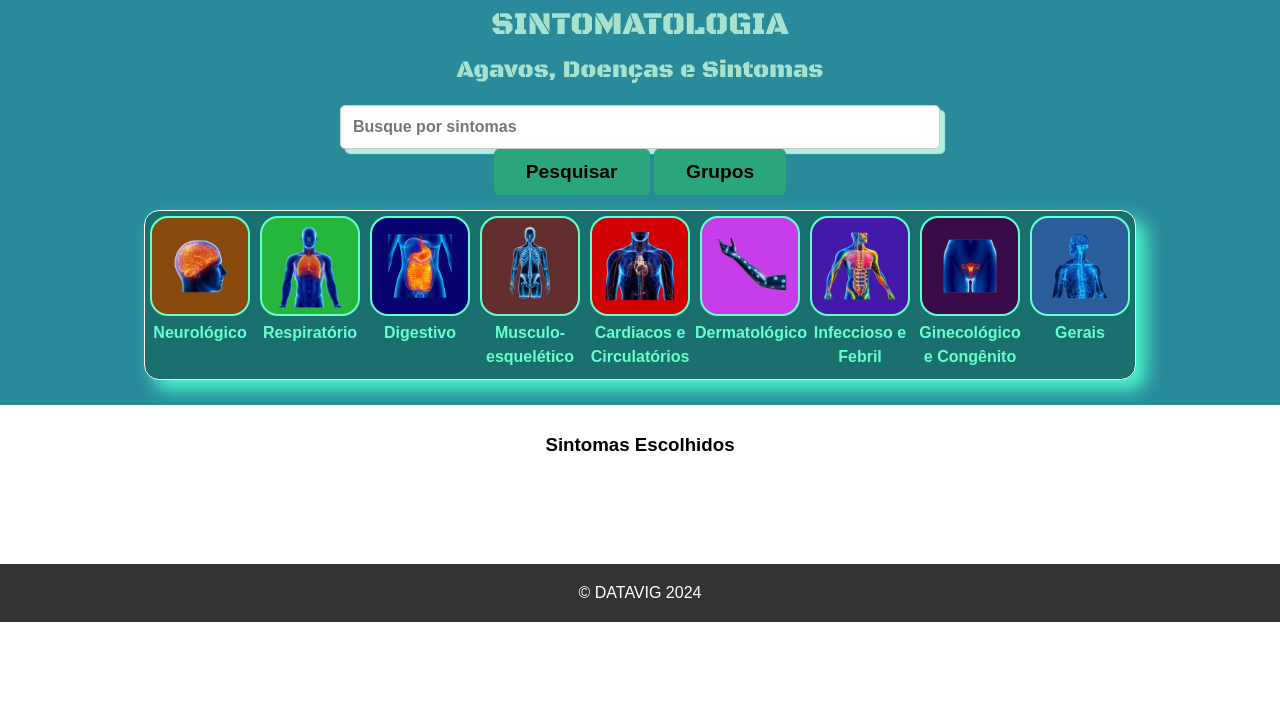
Repository: br-on/vigia
Page: index.html
An editor plug-in stored every save of this project. The page is shown before and after the next save, followed by the edit.
The browser window is 1280 px wide. The pictures show the whole page.
Some web fonts or font styles are not loaded; a fallback is used.

Above is the page before, as saved 2024-09-19 16:40:40.

### index.html
<!DOCTYPE html>
<html lang="pt-br">
<head>
  <meta charset="UTF-8">
  <meta name="viewport" content="width=device-width, initial-scale=1.0">
  <title>Sintomatologia</title>
  <link rel="stylesheet" href="assets/style/style.css">
</head>
<body>
  <nav>
  </nav>
  <header class="search">
    <h1 class="black-ops-one-regular">SINTOMATOLOGIA</h1>
    <h2 class="black-ops-one-regular">Agavos, Doenças e Sintomas</h2>

    <input type="text" placeholder="Busque por sintomas" class="electrolize-regular" id="campo-pesquisa">
    <div class="botoes">
      <button onclick="pesquisar()" class="electrolize-regular">Pesquisar</button>
      <button onclick="mostrarGrupos()" class="electrolize-regular">Grupos</button>
    </div>
    <div id="resultados-pesquisa" class="resultado-pesquisa font-item-sintoma"></div>
    <div id="grupos-sintomas" class="grupos-sintomas">
      <div class="base-div">
      <div id="neurologicos" class="grupo "><div class="grupo-sintoma bg-neurologicos"><img src="/assets/img/grupos/neurologico.png" alt=""></div><div class="nome-grupo electrolize-regular">Neurológico</div></div>
      <div id="respiratorios" class="grupo"><div class="grupo-sintoma bg-respiratorios"><img src="assets/img/grupos/respiratorio.png" alt=""></div><div class="nome-grupo electrolize-regular">Respiratório</div></div>
      <div id="digestivos" class="grupo"><div class="grupo-sintoma bg-digestivos"><img src="assets/img/grupos/digestivo.png" alt=""></div><div class="nome-grupo electrolize-regular">Digestivo</div></div>
      <div id="musculoesqueleticos" class="grupo"><div class="grupo-sintoma bg-musculoesqueleticos"><img src="assets/img/grupos/musculoesqueletico.png" alt=""></div><div class="nome-grupo electrolize-regular">Musculo- esquelético</div></div>
      <div id="cardiacos-circulatorios" class="grupo"><div class="grupo-sintoma bg-cardiacos-circulatorios"><img src="assets/img/grupos/cardiaco.png" alt=""></div><div class="nome-grupo electrolize-regular">Cardiacos e Circulatórios</div></div>
      <div id="dermatologicos" class="grupo"><div class="grupo-sintoma bg-dermatologicos"><img src="assets/img/grupos/dermatologico.png" alt=""></div><div class="nome-grupo electrolize-regular">Dermatológico</div></div>
      <div id="infecciosos-febris" class="grupo"><div class="grupo-sintoma bg-infecciosos-febris"><img src="assets/img/grupos/infecciosofebril.png" alt=""></div><div class="nome-grupo electrolize-regular">Infeccioso e Febril</div></div>
      <div id="ginecologicos-congenitos" class="grupo"><div class="grupo-sintoma bg-ginecologicos-congenitos"><img src="assets/img/grupos/ginecologicocongentia.png" alt=""></div><div class="nome-grupo electrolize-regular">Ginecológico e Congênito</div></div>
      <div id="sistemicos-gerais" class="grupo"><div class="grupo-sintoma bg-sistemicos-gerais"><img src="assets/img/grupos/gerais.png" alt=""></div><div class="nome-grupo electrolize-regular">Gerais</div></div>
      </div>
      <div class="overlay-div">
        <div class="top-overlay-div">
          <div class="top-1">
            <button class="electrolize-regular">Voltar</button>
          </div>
          <div class="top-2">    </div>
        </div>
        <div class="sintomas-grupo">
          <div id="resultados-pesquisa-grupo" class="resultado-pesquisa-sintomas font-item-sintoma"></div>
        </div>
      </div>
    </div><br>

    <br>
  </header>

  <main>
    <center><h3>Sintomas Escolhidos</h3></center>
    <div id="sintomas-escolhidos">
      <!-- Sintomas escolhidos serão exibidos aqui -->
    </div>
    <br><br>
    <div id="resultados-doencas">
      <!-- Resultados das doenças serão exibidos aqui -->
    </div>
    <br><br>

  </main>
  <footer>
    <p>&copy; DATAVIG 2024</p>
  </footer>

  <script src="assets/script/sintomas.js"></script>
  <script src="assets/script/data.js"></script>
  <script src="assets/script/app.js"></script>
</body>
</html>

### assets/style/style.css
@import url('https://fonts.googleapis.com/css2?family=Black+Ops+One&display=swap');
@import url('https://fonts.googleapis.com/css2?family=Electrolize&display=swap');

.black-ops-one-regular {
  font-family: "Black Ops One", system-ui;
  font-weight: 400;
  font-style: normal;
}

.electrolize-regular {
  font-family: "Electrolize", sans-serif;
  font-weight: 600;
  font-style: normal;
}

.font-item-sintoma {
    font-family:'Courier New', Courier, monospace;
    color: white;
}

/* Estilos globais */
* {
    margin: 0;
    padding: 0;
    box-sizing: border-box;
}

html, body {
    height: 100%;
}

body {
    font-family: Arial, sans-serif;
    line-height: 1.6;
}

footer {
    background-color: #333;
    color: #fff;
    text-align: center;
}

main {
    flex: 1;
    margin-top: 25px;
}

h1, h2 {
    color: #a7e2ce;
}

/* Estilo para o formulário de pesquisa */
.search {
    text-align: center;
    background-color: #298b9a;
}

.search input[type="text"] {
    margin-top: 15px;
    width: 600px;
    padding: 0.75rem;
    border: 1px solid #ccc;
    border-radius: 5px;
    font-size: 1rem;
    box-shadow: 5px 5px 1px #b1efdf;
}

.search button {
    padding: 0.75rem 2rem;
    background-color: #29a67c;
    color: #000;
    border: none;
    border-radius: 5px;
    cursor: pointer;
    font-size: 1.20rem;
    font-weight: bold;
    margin-bottom: 15px;
}

.search button:hover {

    background-color: #badbd0;
    color: rgb(12, 112, 72);
    border: solid 2px white;
}

/* Estilo para resultados */
.results {
    padding: 2rem;
    background-color: #fff;
    text-align: center;
}

/* Estilo do rodapé */

footer {
    background-color: #333;
    color: white;
    padding: 1rem;
    text-align: center;
    position: relative;
    bottom: 0;
    width: 100%;
}

/* Media Queries para telas menores */
@media (max-width: 768px) {
    .search input[type="text"] {
        width: 95%;
    }

    .search button {
        width: 49%;
        margin-top: 1rem;
    }
}

@media (max-width: 480px) {
    h1 {
        font-size: 2rem;
    }

    h2 {
        font-size: 1rem;
    }

    footer {
        font-size: 0.9rem;
    }
}


.resultado-pesquisa {
    position: relative;
    margin: 0 auto;
    display: inline-flex;
    flex-wrap: wrap;
    justify-content: center;
    align-items: flex-start;
    min-height: 170px;
    background-color: #0f5c50;
    border-radius: 15px;
    border: solid 1px white;
    box-shadow: 10px 10px 17px #4cf8cd;
    max-height: 80vh; /* Limita a altura para que os resultados não ocupem a tela inteira */
    overflow-y: auto; /* Ativa a barra de rolagem vertical */
    padding: 20px;
}

/* Estilo dos itens de resultado */
.item-resultado {
    border: 3px solid #e0e0e0; /* Borda leve ao redor do item */
    border-radius: 8px; /* Bordas arredondadas */
    padding: 20px; /* Espaçamento interno */
    margin-bottom: 20px; /* Espaçamento entre os itens */
    box-shadow: 0px 4px 8px rgba(0, 0, 0, 0.05); /* Sombra leve */
    transition: transform 0.3s ease, box-shadow 0.3s ease; /* Transição suave */
}

/* Efeito hover nos itens */
.item-resultado:hover {
    transform: translateY(-5px); /* Eleva o item ao passar o mouse */
    box-shadow: 0px 6px 12px rgba(0, 0, 0, 0.15); /* Aumenta a sombra ao passar o mouse */
}

/* Título do item */
.item-resultado h2 {
    font-size: 1.8rem;
    margin-bottom: 10px;
    color: #333; /* Cor mais escura para o título */
    font-weight: bold;
}

/* Subtítulos (Descrição, Sintomas, etc.) */
.item-resultado h4 {
    font-size: 1.2rem;
    margin-top: 15px;
    margin-bottom: 8px;
    color: #555; /* Cor intermediária */
}

/* Texto descritivo */
.item-resultado .descricao-meta {
    font-size: 1rem;
    line-height: 1.5; /* Facilita a leitura */
    color: #666; /* Cor do texto */
    margin-bottom: 15px;
}

/* Links */
.item-resultado a {
    font-size: 1rem;
    color: #007bff; /* Cor azul padrão */
    text-decoration: none;
}

.item-resultado a:hover {
    text-decoration: underline; /* Sublinha ao passar o mouse */
}

/* Barra de rolagem estilizada */
#resultados-pesquisa::-webkit-scrollbar {
    width: 8px;
}

#resultados-pesquisa::-webkit-scrollbar-thumb {
    background-color: #888;
    border-radius: 10px;
}

#resultados-pesquisa::-webkit-scrollbar-thumb:hover {
    background-color: #555;
}


/* Adicione isto ao seu arquivo CSS */
#filtros-sintomas {
    width: 90%;
    margin: 0 auto; /* Centraliza a div horizontalmente */
    display: flex;
    flex-wrap: wrap; /* Faz com que os itens quebrem para a linha seguinte */
    gap: 10px; /* Espaço entre os itens */
    box-sizing: border-box;
}

#filtros-sintomas label {
    display: flex;
    align-items: center;
    margin-right: 10px; /* Espaço entre os labels */

}


.sintoma-item {
    padding: 10px;
    margin: 5px 0;
    border-radius: 5px;
    cursor: pointer;
    margin: 5px;
    border: solid 2px black;
    font-weight: bolder;

}

.sintoma-item:hover {
    opacity: 0.8;
}

#sintomas-escolhidos {
    display: inline-flex;
    flex-wrap: wrap;
    margin-top: 20px;
}

.sintoma-escolhido {
    background-color: #d4edda; /* Cor de fundo verde clara */
    border: 1px solid #c3e6cb;
    padding: 10px;
    margin: 5px 0;
    border-radius: 5px;
}

.resultado-pesquisa-sintomas {
    display: inline-flex;
    flex-wrap: wrap;
    align-items: center;
    justify-content: center;
}


.grupos-sintomas {
    position: relative;
    margin: 0 auto;
    display: inline-flex;
    flex-wrap: wrap;
    justify-content: center;
    align-items: flex-start;
    min-height: 170px;
    background-color: #0f5c5093;
    border-radius: 15px;
    box-shadow: 10px 10px 17px #4cf8cd;
    border: solid 1px white;

}

/* Media Queries para telas menores */
@media (max-width: 768px) {
    .grupos-sintomas, .resultado-pesquisa {
        width: 94.5%;
    }
}

.grupo-sintoma {
    display: flex;
    justify-content: center;
    align-items: center;
    margin: 5px;
    width: 100px;
    height: 100px;
    border-radius: 18px;
    border: solid 2.5px #66ffcc;
}

.grupo-sintoma img {
    width: 90px;
    height: 90px;
    transition: width 0.3s ease-in-out, height 0.3s ease-in-out;
}


.nome-grupo {
    max-width: 110px;
    font-size: 1em;
    color: #66ffcc;
    line-height: 1.5;

}


/* background-color dos nomes dos grupos */
/* sem utilidade no momento */
    .bg-neurologicos {background-color: #88490d; }
    .bg-respiratorios {background-color: #26B63E; }
    .bg-digestivos {background-color: #060270;}
    .bg-musculoesqueleticos {background-color: #632e2e;}
    .bg-cardiacos-circulatorios {background-color: #D20103;}
    .bg-dermatologicos {background-color: #c63de9;}
    .bg-infecciosos-febris {background-color: #4419AA;}
    .bg-ginecologicos-congenitos {background-color: #3b0a49;}
    .bg-sistemicos-gerais {background-color: #2B5D9C;}


.base-div {
        display: inline-flex;
        flex-wrap: wrap;
        justify-content: center;
        position: relative;
        z-index: 1;
        /* A altura será variável de acordo com o conteúdo */
}

.overlay-div {
    position: absolute;
    top: 0;
    left: 0;
    display: flex;
    flex-direction: column;
    width: 100%; /* A largura da div sobreposta será igual à da div base */
    height: 100%; /* A altura será igual à div base */
    z-index: 2;
    background-color: rgba(87, 160, 189, 0.966); /* Cor com transparência */
    border-radius: 15px;
    transition: opacity 0.3s ease-in-out; /* Suavizando a transição de opacidade */
    display: none;
}

.overlay-div[style*="display: flex"] {
    opacity: 1;
}

.top-overlay-div {
    display: flex;
    height: 35%;
    background-color: rgb(29, 87, 92);
    border-top-left-radius: 15px;
    border-top-right-radius: 15px;
    border: solid 3px black;
}

.top-overlay-div .top-1 {
    width: 50%;
}

.top-overlay-div .top-1 button{
    background-color: #29a67c;
    border-top-right-radius: 40px;
    border-bottom-right-radius: 40px;
    border-top-left-radius: 0;
    border-bottom-left-radius: 0;
    border-bottom: solid 1px whitesmoke;
    width: 100%;
}


.top-overlay-div .top-2 {
    width: 50%;
    display: flex;
    align-items: center;
    justify-content: center;
}


.top-overlay-div .top-2 .grupo {
    cursor: pointer;
}
.top-overlay-div .top-2 .nome-grupo {
        margin-top: 18px;
        background-color: hsl(29, 100%, 42%);
}
.top-overlay-div .top-2 .grupo-sintoma {
        height: 90px;
        width: 90px;
        transition: 0.5s;
        cursor: pointer;
        border-radius: 50%;
        background-color: hsl(29, 100%, 42%);
    }

.top-overlay-div .top-2 .grupo-sintoma img {
    height: 130px;
    width: 130px;
    transition: all 0.5s ease; /* Suavizando a transição */
}


.top-overlay-div .top-1 button:hover {
    cursor: pointer;
}

.sintomas-grupo {
    border-radius: 0 0 15px 15px;
    margin-top: 5px;
    height: 65%;

}

/* Container principal dos resultados pesquisa por grupo*/
#resultados-pesquisa-grupo {

    max-height: 95%; /* Limita a altura para que os resultados não ocupem a tela inteira */
    overflow-y: auto; /* Ativa a barra de rolagem vertical */
    padding: 20px;
    border-radius: 8px;

}

#resultados-pesquisa-grupo .sintoma-item {
    width: 100%;
    font-weight: bolder;
}

/* Barra de rolagem estilizada */
#resultados-pesquisa-grupo::-webkit-scrollbar {
    width: 8px;
}

#resultados-pesquisa-grupo::-webkit-scrollbar-thumb {
    background-color: #52dcff;
    border-radius: 10px;
}

#resultados-pesquisa-grupo::-webkit-scrollbar-thumb:hover {
    background-color: #52dcff;
}

.display-off {
    display: none;
}
.display-on {
    display: block;
}

### assets/script/app.js
    // variaveis globais bara definir mesma altura para resultados-pesquisa
const grupoSintomas = document.querySelector('.grupos-sintomas');
const resultadosPesquisa = document.querySelector('#resultados-pesquisa');

resultadosPesquisa.style.width = `${grupoSintomas.offsetWidth}px`;
resultadosPesquisa.style.height = `${grupoSintomas.offsetHeight}px`;

document.addEventListener('DOMContentLoaded', function () {
    // Inicialmente, ocultar a div #resultados-pesquisa
    const resultadosPesquisa = document.getElementById('resultados-pesquisa');
    resultadosPesquisa.style.display = 'none';

    // Configurar eventos de clique nos grupos e no botão Voltar
    configurarEventosDeCliqueNosGrupos();
});

function configurarEventosDeCliqueNosGrupos() {
    // Seleciona todas as divs de grupos de sintomas
    const grupos = document.querySelectorAll('.grupo');

    // Adiciona o evento de clique para cada grupo
    grupos.forEach(grupo => {
        grupo.addEventListener('click', () => {
            exibirSintomasPorGrupo(grupo.id);
        });
    });

    // Adiciona evento de clique ao botão Voltar
    const backButton = document.querySelector('.top-1 button');
    backButton.addEventListener('click', ocultarOverlay);
}

function exibirSintomasPorGrupo(grupoId) {
    const overlayDiv = document.querySelector('.overlay-div');
    const resultadosSintomasDiv = document.getElementById("resultados-pesquisa-grupo");
    const top2Div = document.querySelector('.top-2');
    const grupoDiv = document.getElementById(grupoId);

    // Limpa resultados anteriores
    resultadosSintomasDiv.innerHTML = "";

    // Obter sintomas já escolhidos
    const sintomasEscolhidos = Array.from(document.getElementById("sintomas-escolhidos").children)
        .map(div => div.textContent);

    // Filtrar sintomas pelo grupo clicado e que não foram escolhidos
    const sintomasEncontrados = dataSintomas.filter(sintoma =>
        sintoma.grupo_sintoma.toLowerCase() === grupoId.toLowerCase() &&
        !sintomasEscolhidos.includes(sintoma.titulo_sintoma)
    );

    // Exibir sintomas encontrados ou mensagem de "nenhum sintoma encontrado"
    if (sintomasEncontrados.length > 0) {
        sintomasEncontrados.forEach(sintoma => {
            const divSintoma = document.createElement('div');
            divSintoma.className = 'sintoma-item';
            divSintoma.style.backgroundColor = coresPorGrupo[grupoId.toLowerCase()] || '#ccc';
            divSintoma.textContent = sintoma.titulo_sintoma;
            divSintoma.addEventListener('click', () => adicionarSintomaEscolhido(sintoma, grupoId));
            resultadosSintomasDiv.appendChild(divSintoma);
        });
    } else {
        resultadosSintomasDiv.innerHTML = '<p>Nenhum sintoma encontrado para este grupo.</p>';
    }

    // Clona o conteúdo da div do grupo selecionado e insere na top-2
    const grupoDivClone = grupoDiv.cloneNode(true);
    top2Div.innerHTML = ''; // Limpa a top-2 antes de adicionar o clone
    top2Div.appendChild(grupoDivClone);

    // Exibe a overlay-div
    overlayDiv.classList.remove('display-off');
    overlayDiv.classList.add('display-on');
}

function ocultarOverlay() {
    const overlayDiv = document.querySelector('.overlay-div');
    overlayDiv.classList.remove('display-on');
    overlayDiv.classList.add('display-off');
}

function mostrarGrupos() {
    document.getElementById('resultados-pesquisa').style.display = 'none';
    document.getElementById('grupos-sintomas').style.display = 'block';
}

function pesquisar() {
    document.getElementById('grupos-sintomas').style.display = 'none';
    document.getElementById('resultados-pesquisa').style.display = 'block';
    let campoPesquisa = document.getElementById("campo-pesquisa").value.toLowerCase();
    let resultadosSintomasDiv = document.getElementById("resultados-pesquisa");
    resultadosSintomasDiv.innerHTML = ""; // Limpar resultados anteriores

    // Obter sintomas já escolhidos
    let sintomasEscolhidos = Array.from(document.getElementById("sintomas-escolhidos").children)
        .map(div => div.textContent);

    // Filtrar sintomas que correspondem ao texto digitado e que não foram escolhidos
    let sintomasEncontrados = dataSintomas.filter(sintoma =>
        (sintoma.titulo_sintoma.toLowerCase().includes(campoPesquisa) ||
        sintoma.grupo_sintoma.toLowerCase().includes(campoPesquisa)) &&
        !sintomasEscolhidos.includes(sintoma.titulo_sintoma)
    );

    sintomasEncontrados.forEach(sintoma => {
        let divSintoma = document.createElement('div');
        divSintoma.className = 'sintoma-item';

        let grupoId = sintoma.grupo_sintoma.toLowerCase().replace(/\s/g, '-');
        divSintoma.style.backgroundColor = coresPorGrupo[grupoId] || '#ccc';

        divSintoma.textContent = sintoma.titulo_sintoma;
        divSintoma.addEventListener('click', () => adicionarSintomaEscolhido(sintoma, grupoId));
        resultadosSintomasDiv.appendChild(divSintoma);
    });
}

function adicionarSintomaEscolhido(sintoma, grupoId) {
    let sintomasEscolhidosDiv = document.getElementById("sintomas-escolhidos");

    // Verifica se o sintoma já foi escolhido
    if (Array.from(sintomasEscolhidosDiv.children).some(div => div.textContent === sintoma.titulo_sintoma)) return;

    let divEscolhido = document.createElement('div');
    divEscolhido.className = 'sintoma-escolhido';
    divEscolhido.textContent = sintoma.titulo_sintoma;

    // Aplicar a cor do grupo ao sintoma escolhido
    divEscolhido.style.backgroundColor = coresPorGrupo[grupoId.toLowerCase()] || '#ccc';

    // Adiciona o evento de clique para remover o sintoma da lista escolhida
    divEscolhido.addEventListener('click', () => removerSintomaEscolhido(sintoma));

    sintomasEscolhidosDiv.appendChild(divEscolhido);

    // Remover o sintoma da lista de sintomas encontrados
    let sintomasEncontrados = document.querySelectorAll('#resultados-pesquisa .sintoma-item');
    sintomasEncontrados.forEach(item => {
        if (item.textContent === sintoma.titulo_sintoma) {
            item.remove();
        }
    });

    mostrarDoencasRelacionadas();
}

function removerSintomaEscolhido(sintoma) {
    let sintomasEscolhidosDiv = document.getElementById("sintomas-escolhidos");

    // Encontrar e remover o sintoma da lista de escolhidos
    Array.from(sintomasEscolhidosDiv.children).forEach(div => {
        if (div.textContent === sintoma.titulo_sintoma) {
            div.remove();
        }
    });

    // Reexibir o sintoma na lista de pesquisa ou na lista de grupo
    let resultadosSintomasDiv = document.getElementById("resultados-pesquisa");

    let divSintoma = document.createElement('div');
    divSintoma.className = 'sintoma-item';

    let grupoId = sintoma.grupo_sintoma.toLowerCase().replace(/\s/g, '-');
    divSintoma.style.backgroundColor = coresPorGrupo[grupoId] || '#ccc';

    divSintoma.textContent = sintoma.titulo_sintoma;
    divSintoma.addEventListener('click', () => adicionarSintomaEscolhido(sintoma, grupoId));
    resultadosSintomasDiv.appendChild(divSintoma);

    mostrarDoencasRelacionadas();
}

function mostrarDoencasRelacionadas() {
    let sintomasEscolhidosDiv = document.getElementById("sintomas-escolhidos");
    let sintomasEscolhidos = Array.from(sintomasEscolhidosDiv.children).map(div => div.textContent.trim().toLowerCase());

    let resultadosDoencasDiv = document.getElementById("resultados-doencas");
    resultadosDoencasDiv.innerHTML = ""; // Limpar resultados anteriores

    // Percorre cada doença no array dataDoencas
    dataDoencas.forEach(doenca => {
        // Divide os sintomas da doença em um array e remove espaços extras
        let sintomasDoenca = doenca.sintomas.toLowerCase().split(',').map(s => s.trim());

        // Verifica se todos os sintomas escolhidos estão incluídos nos sintomas da doença
        let correspondeSintomas = sintomasEscolhidos.every(sintomaEscolhido =>
            sintomasDoenca.includes(sintomaEscolhido)
        );

        // Se todos os sintomas escolhidos estiverem presentes, exibe a doença
        if (correspondeSintomas) {
            resultadosDoencasDiv.innerHTML += `
                <div class="item-resultado">
                    <center><h2 class="black-ops-one-regular">${doenca.titulo}</h2></center>
                    <h4 class="electrolize-regular">Descrição</h4>
                    <p class="descricao-meta">${doenca.descricao}</p>
                    <h4 class="electrolize-regular">Sintomas</h4>
                    <p class="descricao-meta">${doenca.sintomas}</p>
                </div>`;
        }
    });
}

Loaded but not shown: assets/script/data.js (373 lines, source omitted); assets/script/sintomas.js (484 lines, source omitted)

After the next save:
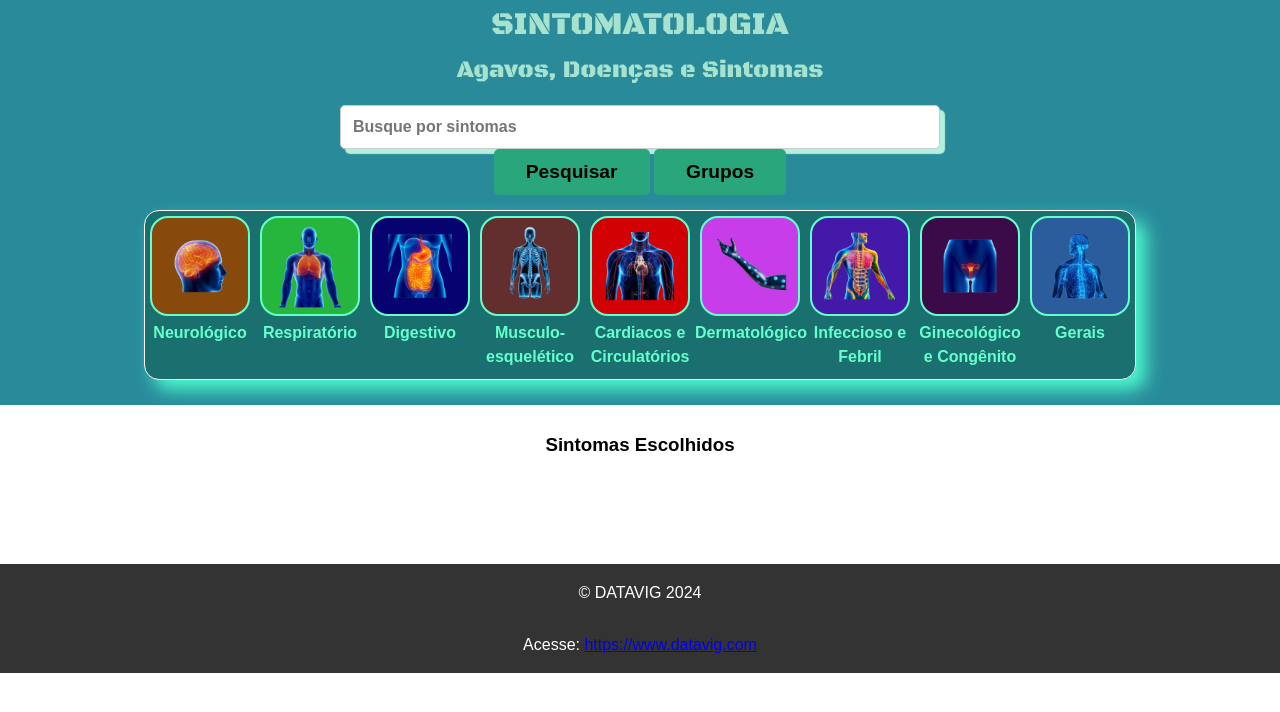
Saved 9 days later.
--- a/index.html
+++ b/index.html
@@ -60,7 +60,7 @@
 
   </main>
   <footer>
-    <p>&copy; DATAVIG 2024</p>
+    <p>&copy; DATAVIG 2024 </p> <br> <p>Acesse: <a href="https://www.datavig.com">https://www.datavig.com</a></p>
   </footer>
 
   <script src="assets/script/sintomas.js"></script>
